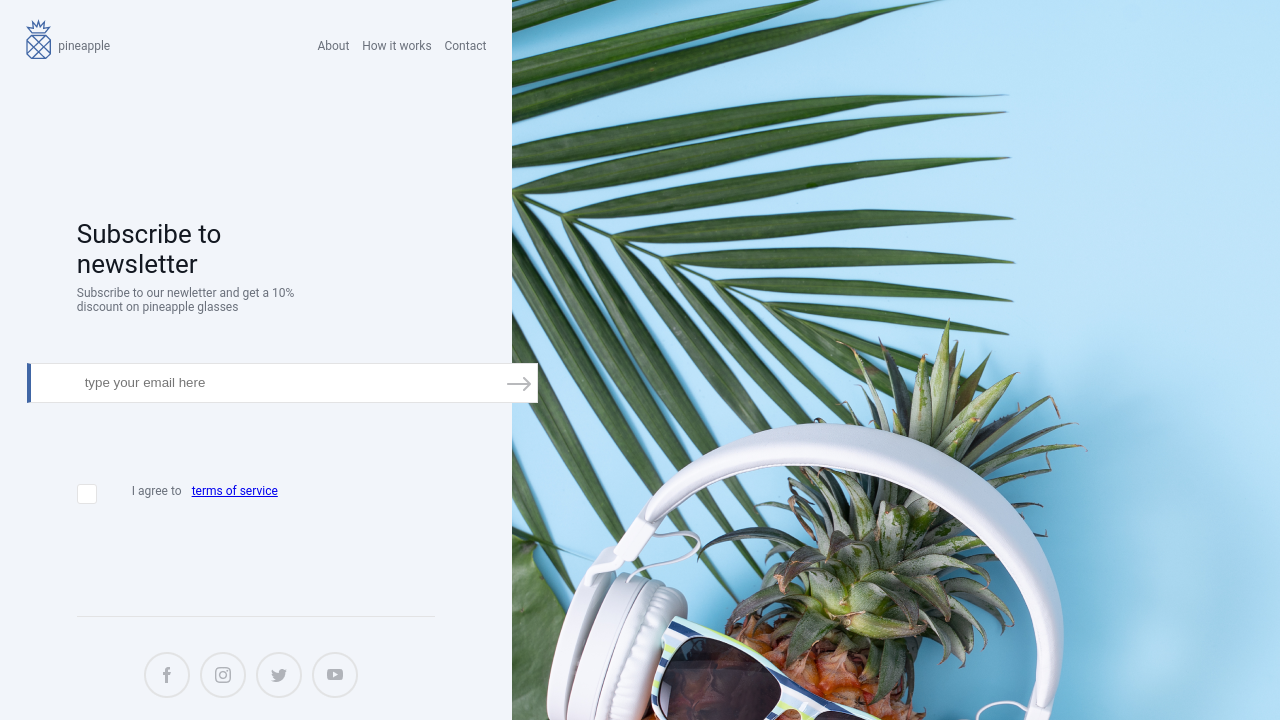
Repository: PaulsBebris/megabit-task
Page: /
An editor plug-in stored every save of this project. The page is shown before and after the next save, followed by the edit.
The browser window is 1280 px wide. The pictures show the whole page.
The project was rebuilt for these pictures with package versions that can differ from the ones it lists, and the page was loaded fresh each time.

Above is the page before, as saved 2021-04-19 21:09:27.

After the next save:
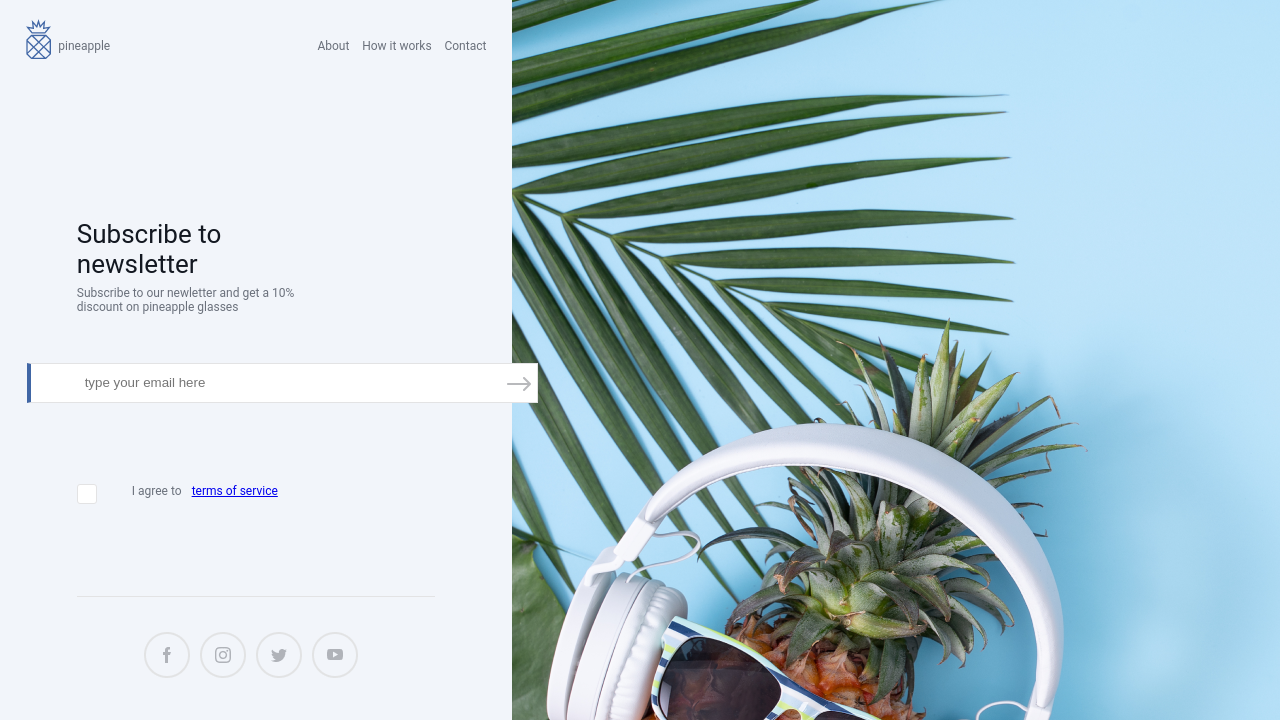
Saved 18 s later.
--- a/src/views/Home.vue
+++ b/src/views/Home.vue
@@ -180,7 +180,7 @@ export default {
   *
   */
 .checkbox-wrapper {
-  height: 80px;
+  height: 60px;
 }
 .checkbox-unchecked {
   width: 20px;
